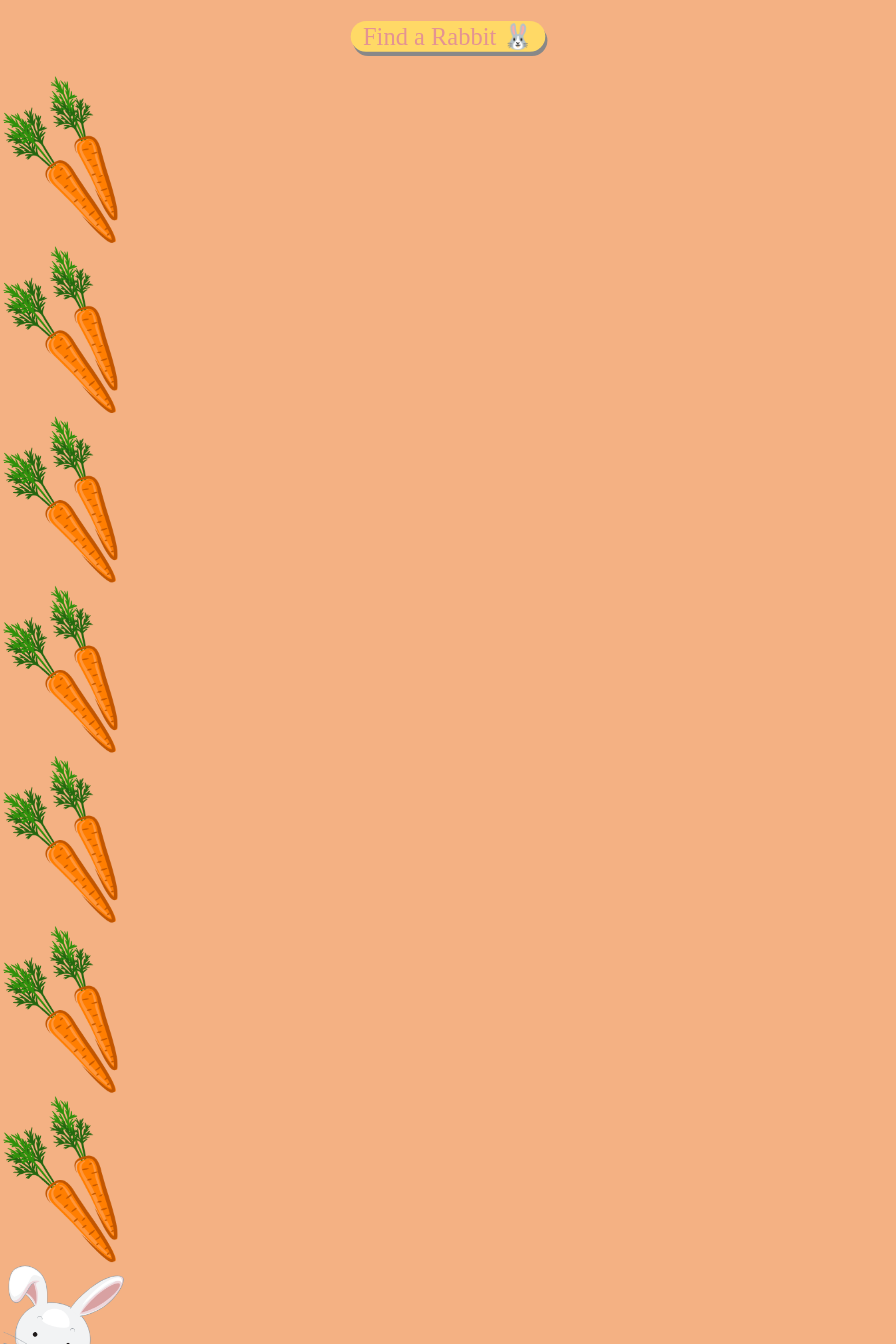
Repository: sephinejo/frontend-browser-101
Page: browser/practice-find-rabbit/index.html
These files come from the project's save history. The page is drawn as it stood at one moment and after the next save; the edit follows.
The browser window is 1280 px wide. The pictures show the part of the page from y = 0 to 1920 px (the page is 2990 px tall), at 70% of full size.
Some web fonts or font styles are not loaded; a fallback is used.

Above is the page before, as saved 2023-05-10 21:30:59.

After the next save:
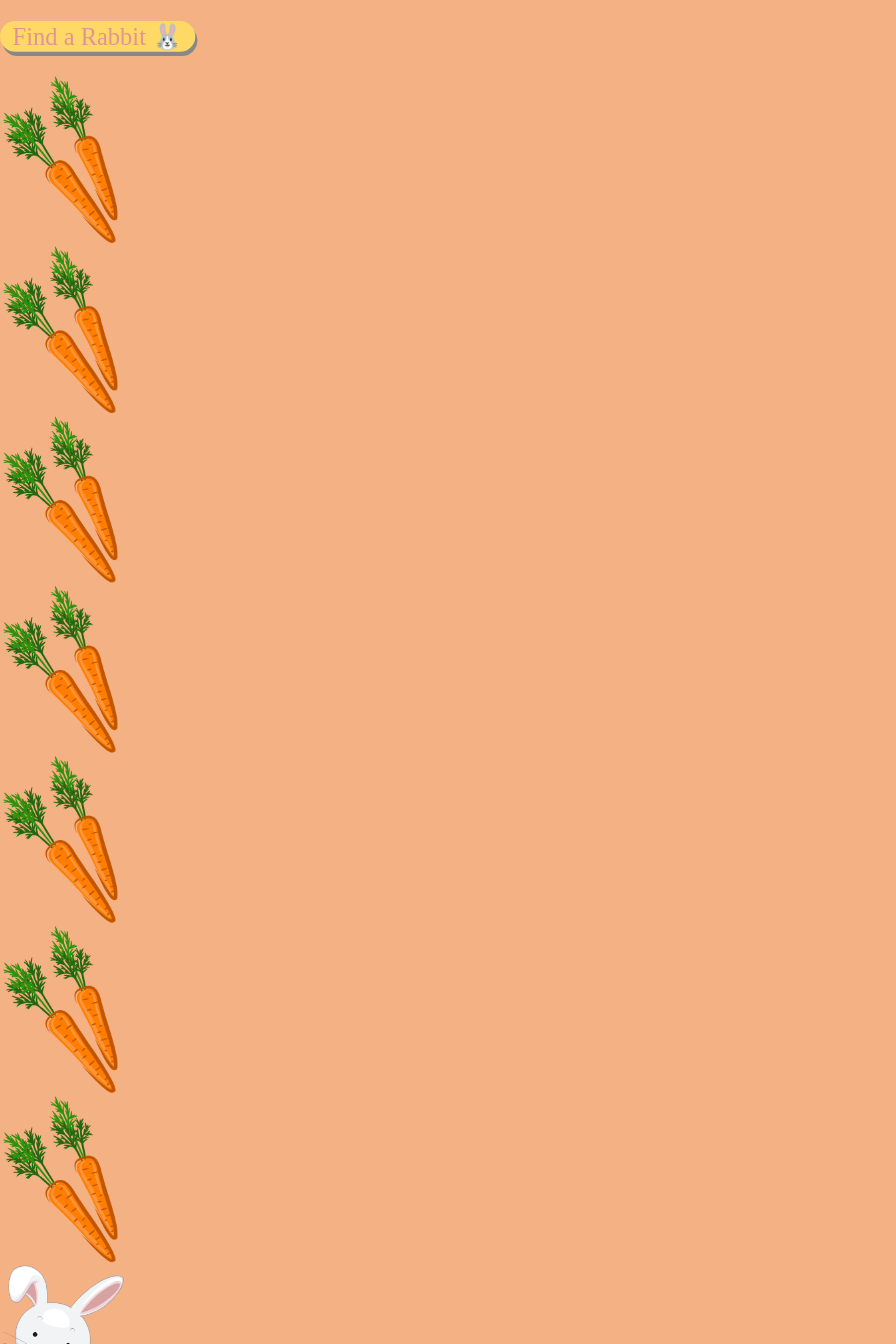
Saved 7 s later.
--- a/browser/practice-find-rabbit/index.html
+++ b/browser/practice-find-rabbit/index.html
@@ -13,8 +13,8 @@
     <style>
       body {
         margin: 0;
-        text-align: center;
-        justify-content: center;
+        text-align: ;
+        align-items: center;
         background-color: #f4b183;
       }
 
